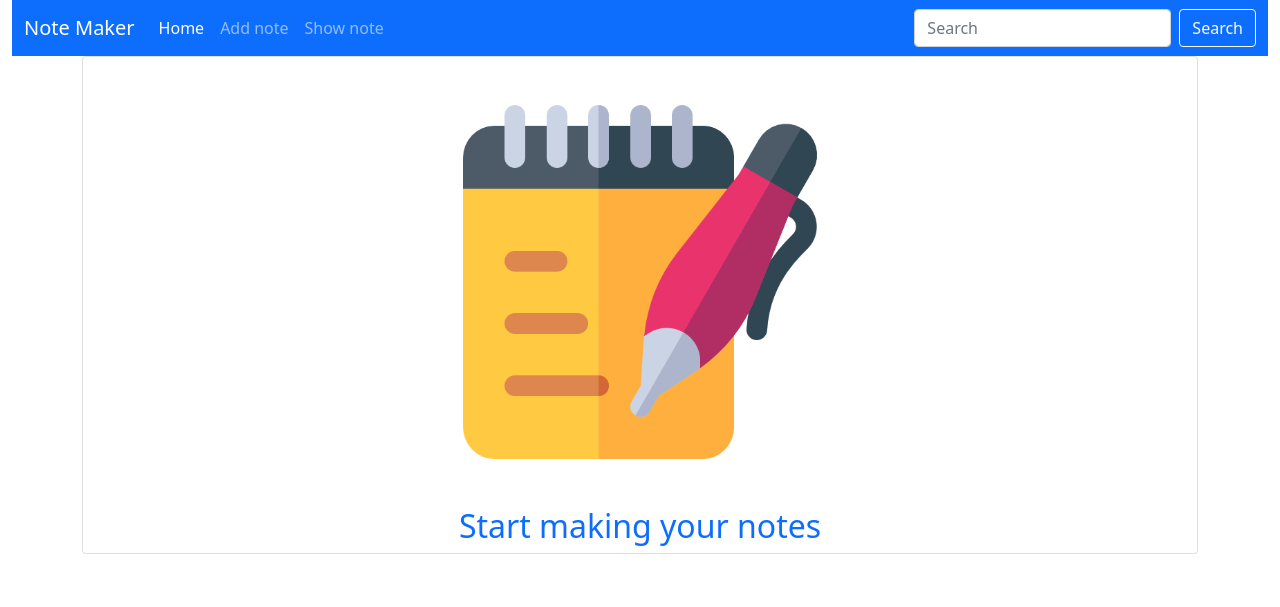
Repository: sachin1830/hibernateproject
Page: http://localhost/com.todolist/
These files come from the project's save history. The page is drawn as it stood at one moment and after the next save; the edit follows.
The browser window is 1280 px wide. The pictures show the whole page.
Some web libraries are served in a nearby version. The page is served by Tomcat 9. Other server files are loaded and not shown.

Above is the page before, as saved 2021-01-23 06:01:13.

### com.todolist/src/main/webapp/index.jsp
<!doctype html>
<html lang="en">
  <head>
    <!-- Required meta tags -->
    <meta charset="utf-8">
    <meta name="viewport" content="width=device-width, initial-scale=1">

    <!-- Bootstrap CSS -->
    <link href="https://cdn.jsdelivr.net/npm/bootstrap@5.0.0-beta1/dist/css/bootstrap.min.css" rel="stylesheet" integrity="sha384-giJF6kkoqNQ00vy+HMDP7azOuL0xtbfIcaT9wjKHr8RbDVddVHyTfAAsrekwKmP1" crossorigin="anonymous">

    <title>Todolist</title>
  </head>
  <body>
  	<div class="container-fluid">
  		<%@include file="navbar.jsp" %>
  	</div>
  	<div class="container">
  		<div class="card">
  			<img src="img/notes.png" alt="image not found" style="max-width:450px" class="img-fluid mx-auto p-5">
  			<h2 class="text-center text-primary">Start making your notes</h2>
  		</div>
  	</div>

    <script src="https://cdn.jsdelivr.net/npm/bootstrap@5.0.0-beta1/dist/js/bootstrap.bundle.min.js" integrity="sha384-ygbV9kiqUc6oa4msXn9868pTtWMgiQaeYH7/t7LECLbyPA2x65Kgf80OJFdroafW" crossorigin="anonymous"></script>
    <script src="https://cdn.jsdelivr.net/npm/@popperjs/core@2.5.4/dist/umd/popper.min.js" integrity="sha384-q2kxQ16AaE6UbzuKqyBE9/u/KzioAlnx2maXQHiDX9d4/zp8Ok3f+M7DPm+Ib6IU" crossorigin="anonymous"></script>
    <script src="https://cdn.jsdelivr.net/npm/bootstrap@5.0.0-beta1/dist/js/bootstrap.min.js" integrity="sha384-pQQkAEnwaBkjpqZ8RU1fF1AKtTcHJwFl3pblpTlHXybJjHpMYo79HY3hIi4NKxyj" crossorigin="anonymous"></script>

  </body>
</html>

### com.todolist/src/main/webapp/navbar.jsp
<nav class="navbar navbar-expand-lg navbar-dark bg-primary">
  <div class="container-fluid">
    <a class="navbar-brand" href="index.jsp">Note Maker</a>
    <button class="navbar-toggler" type="button" data-bs-toggle="collapse" data-bs-target="#navbarSupportedContent" aria-controls="navbarSupportedContent" aria-expanded="false" aria-label="Toggle navigation">
      <span class="navbar-toggler-icon"></span>
    </button>
    <div class="collapse navbar-collapse" id="navbarSupportedContent">
      <ul class="navbar-nav me-auto mb-2 mb-lg-0">

        <li class="nav-item">
          <a class="nav-link active" aria-current="page" href="index.jsp">Home</a>
        </li>
        <li class="nav-item">
          <a class="nav-link" href="add_note.jsp">Add note </a>
        </li>
         <li class="nav-item">
          <a class="nav-link" href="all_note.jsp">Show note </a>
        </li>

      </ul>
      <form class="d-flex">
        <input class="form-control me-2" type="search" placeholder="Search" aria-label="Search">
        <button class="btn btn-outline-light" type="submit">Search</button>
      </form>
    </div>
  </div>
</nav>

After the next save:
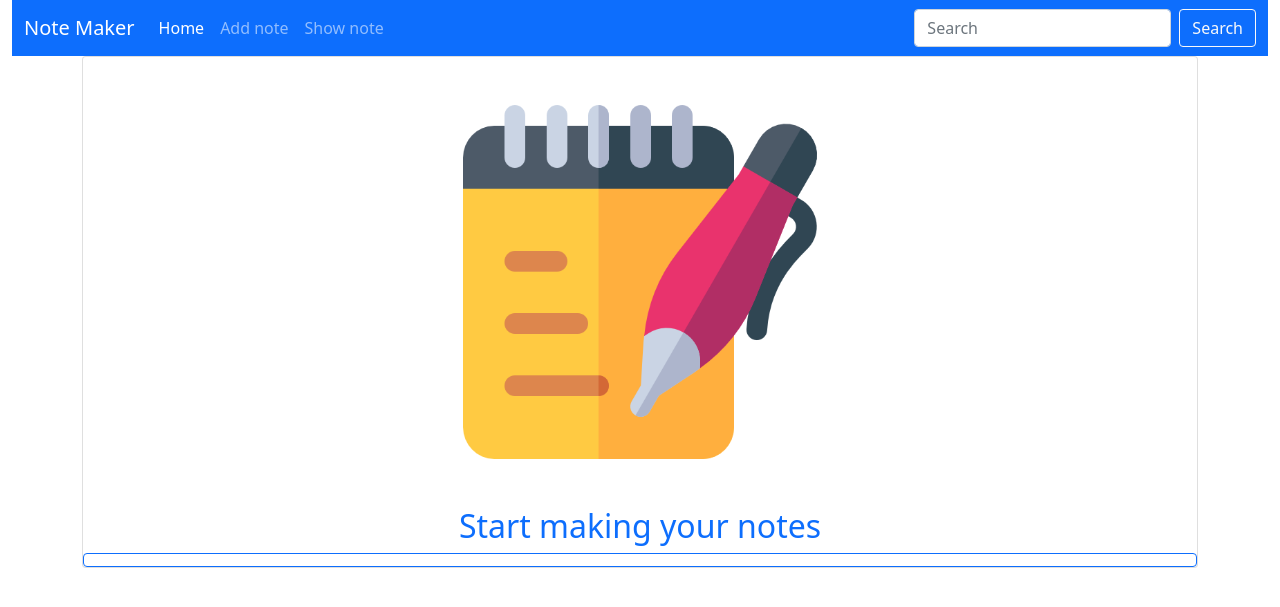
Saved 53 s later.
--- a/com.todolist/src/main/webapp/index.jsp
+++ b/com.todolist/src/main/webapp/index.jsp
@@ -18,6 +18,7 @@
   		<div class="card">
   			<img src="img/notes.png" alt="image not found" style="max-width:450px" class="img-fluid mx-auto p-5">
   			<h2 class="text-center text-primary">Start making your notes</h2>
+  			<a class="btn btn-outline-primary"></a>
   		</div>
   	</div>
 
